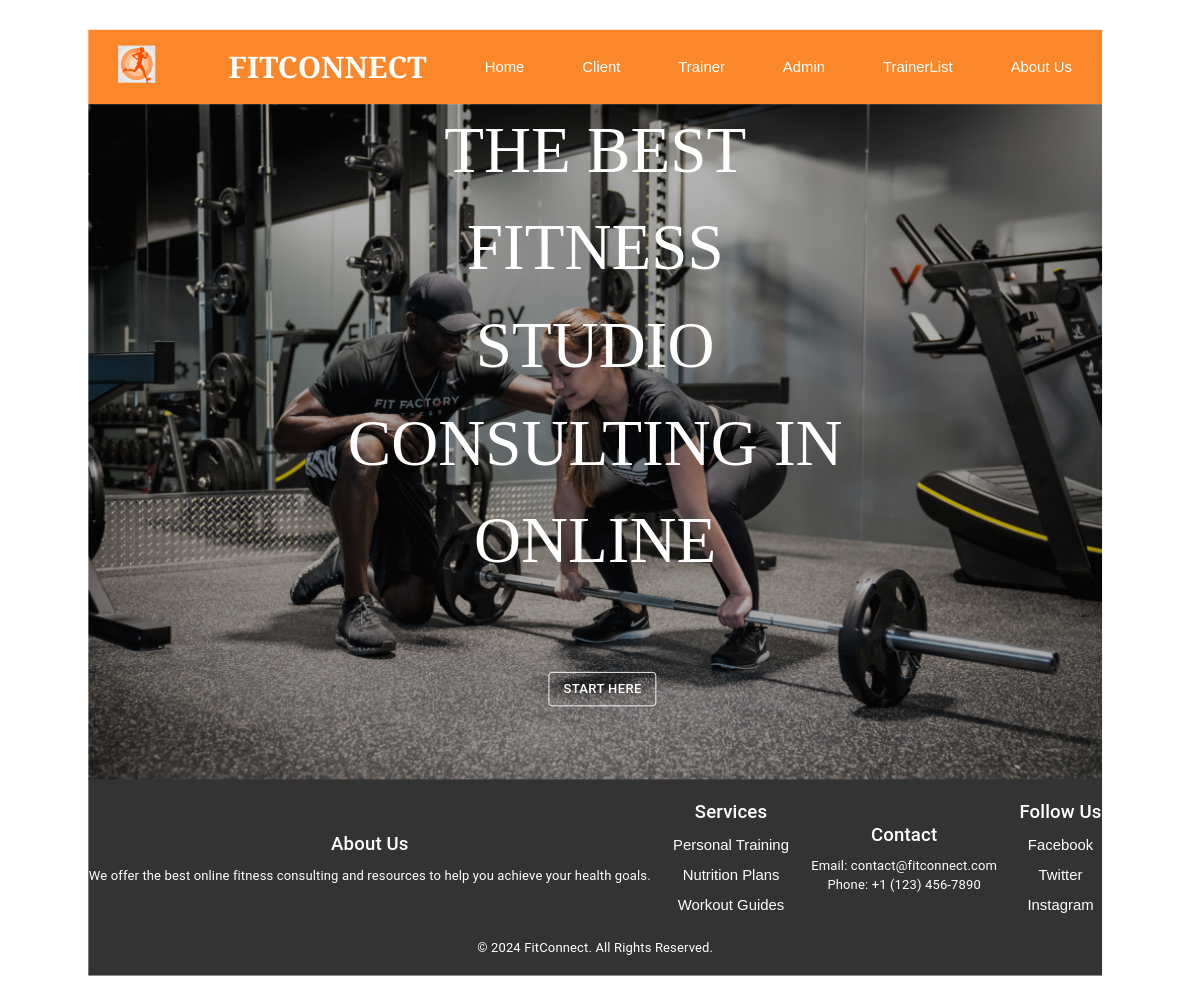
Repository: sarathraj2002/fitconnect
Page: / (app in Frontend/)
The author's editor kept a copy of each file at every save. The page is drawn from the files as they stood at one save, then again after the next save.
The browser window is 1280 px wide. The pictures show the whole page, at 93% of full size.
The project was rebuilt for these pictures with package versions that can differ from the ones it lists, and the page was loaded fresh each time. Also part of the build but not shown: Frontend/vite.config.js, Frontend/src/components/ClientPage.jsx, Frontend/src/components/TrainerPage.jsx, Frontend/src/components/AdminPage.css, Frontend/src/components/AdminPage.jsx, Frontend/src/components/TrainerListPage.jsx, Frontend/src/components/AboutUs.jsx, Frontend/src/components/ClientRegister.css and 5 more.

Above is the page before, as saved 2024-11-12 17:33:29.

### Frontend/index.html
<!doctype html>
<html lang="en">
  <head>
    <meta charset="UTF-8" />
    <link rel="icon" type="image/svg+xml" href="/vite.svg" />
    <meta name="viewport" content="width=device-width, initial-scale=1.0" />
    <title>FitConnect</title>
  </head>
  <body>
    <div id="root"></div>
    <script type="module" src="/src/main.jsx"></script>
  </body>
</html>

### Frontend/src/App.jsx
import React from 'react';
import { useState } from 'react'
import './App.css'
import { Route, Routes } from 'react-router-dom';
import NavBar from './components/NavBar';
import ClientPage from './components/ClientPage.jsx';
import TrainerPage from './components/TrainerPage';
import AdminPage from './components/AdminPage';
import TrainerListPage from './components/TrainerListPage';
import AboutUs from './components/AboutUs.jsx';
import Home from './components/Home.jsx';
import ClientRegister from './components/ClientRegister.jsx';
import Blog from './components/Blog.jsx';
import TrainerRegister from './components/TrainerRegister.jsx';
import TrainerProfile from './components/TrainerProfile.jsx';

function App() {
  const [count, setCount] = useState(0)

  return (
    <>


      <NavBar />
      <Routes>
        <Route path="/" element={<Home />}></Route>
        <Route path="/client" element={<ClientPage />}></Route>
        <Route path="/trainer" element={<TrainerPage />} ></Route>
        <Route path="/admin" element={<AdminPage />}></Route>
        <Route path="/trainerlist" element={<TrainerListPage />}></Route>
        <Route path="/about" element={<AboutUs />}></Route>
        <Route path="/register" element={<ClientRegister />}></Route>
        <Route path="/trainerregister" element={<TrainerRegister />}></Route>
        <Route path="/blog" element={<Blog/>}></Route>
        <Route path="/profile" element={<TrainerProfile />}></Route>

      </Routes>



    </>
  )
}

export default App

### Frontend/src/components/Navbar.jsx
import React from 'react';
import { Link } from 'react-router-dom';
import './navbar.css';
import { assets } from '../assets/assets';
const Navbar = () => {
  return (
     <nav className="navbar">
    {/* Logo */}
    <div className="navbar-logo">
      <img src={assets.logo} alt="Logo" />
    </div>
    <div className='head'>
     <b> FITCONNECT</b>
    </div>


        <Link to="/" style={{textDecoration:'none',color:'white'}}>Home</Link>
        <Link to="/client" style={{textDecoration:'none',color:'white'}}>Client</Link>
        <Link to="/trainer" style={{textDecoration:'none',color:'white'}}>Trainer</Link>
        <Link to="/admin" style={{textDecoration:'none',color:'white'}}>Admin</Link>
        <Link to="/trainerlist" style={{textDecoration:'none',color:'white'}}>TrainerList</Link>
        <Link to="/about" style={{textDecoration:'none',color:'white'}}>About Us</Link>

    </nav>
  );
};

export default Navbar;

### Frontend/src/components/Home.jsx
import React from 'react'
import { assets } from '../assets/assets'
import Button from '@mui/material/Button';
import { Stack } from '@mui/material';
import { Link, useNavigate } from 'react-router-dom';
import Footer from './Footer';

const Home = () => {

  const navigate=useNavigate()

  return (

    <>

    <div className='img' style={{ position: 'relative', textAlign: 'center' }}>

    <img
      style={{  width: '100%',filter: 'brightness(70%)' }}
      src={assets.head1}
      alt=""
    />
    <p
      style={{
        position: 'absolute',
        top: '50%',
        left: '50%',
        transform: 'translate(-50%, -50%)',
        color: 'white',
        fontSize: '70px',

        fontFamily:'fantasy'
      }}
    >
      THE BEST FITNESS STUDIO CONSULTING IN ONLINE
      <Stack spacing={2} direction="row" alignItems="center"
      justifyContent="center"
      style={{ height: '30vh' }} >

      <Link to="/blog" style={{ textDecoration: 'none' }}></Link>
      <Button onClick={()=>navigate('/blog')} variant="outlined" sx={{ color: 'white', borderColor: 'white' }}>START HERE</Button>
    </Stack>

    </p>




    </div>
    <Footer />
    </>
  )
}

export default Home;

### Frontend/src/components/Navbar.css
* {
  margin: 0;
  padding: 0;
  box-sizing: border-box;
}

body {
  font-family: Arial, sans-serif;
}

.navbar {
  display: flex;
  align-items: center;
  justify-content: space-between;
  background-color: #fa8729;
  padding: 1rem 2rem;
  color: white;
  width: 100%;
}

.navbar-logo img {
  height: 40px;
  width: auto;
}

.head {
  font-size: xx-large;
  font-family: Georgia, 'Times New Roman', Times, serif;
  color: white;
  margin-left: 1rem;
}

.navbar-links {
  display: flex;
  gap: 1.5rem;
  list-style: none;
  margin-left: auto; /* Align links to the right */
}

.navbar-links a {
  text-decoration: none;
  color: white;
  font-size: 1rem;
  transition: color 0.3s ease;
}

.navbar-links a:hover {
  color: #ec7819;
}

.navbar-toggle {
  display: none;
  font-size: 1.5rem;
  color: white;
  cursor: pointer;
}

/* Mobile view adjustments */
@media (max-width: 768px) {
  .navbar {
      flex-direction: column;
      align-items: flex-start;
  }

  .navbar-links {
      display: none;
      flex-direction: column;
      width: 100%;
      background-color: #fa8729;
      position: absolute;
      top: 100%;
      left: 0;
      padding: 1rem 2rem;
      border-radius: 0;
  }

  .navbar-links.open {
      display: flex;
  }

  .navbar-toggle {
      display: block;
  }

  .head {
      margin-left: 0;
      margin-bottom: 1rem;
  }
}

### Frontend/src/assets/assets.js
import logo from './logo.png';
import head1 from './head1.png'

export const assets={
    logo,
    head1
};

### Frontend/src/components/Footer.jsx

import React from 'react';
import { Box, Typography, Link, Stack } from '@mui/material';

const Footer = () => {
  return (
    <Box
      component="footer"
      sx={{
        backgroundColor: '#333',
        color: 'white',
        padding: '20px 0',
        textAlign: 'center',
        mt: -1
      }}
    >
      <Stack
        direction={{ xs: 'column' ,sm:'row' }}
        spacing={3}
        justifyContent="center"
        alignItems="center"
      >

        <Box>
          <Typography variant="h6">About Us</Typography>
          <Typography variant="body2" sx={{ mt: 1 }}>
            We offer the best online fitness consulting and resources to help you achieve your health goals.
          </Typography>
        </Box>


        <Box>
          <Typography variant="h6">Services</Typography>
          <Link href="/services" color="inherit" underline="none" sx={{ display: 'block', mt: 1 }}>
            Personal Training
          </Link>
          <Link href="/services" color="inherit" underline="none" sx={{ display: 'block', mt: 1 }}>
            Nutrition Plans
          </Link>
          <Link href="/services" color="inherit" underline="none" sx={{ display: 'block', mt: 1 }}>
            Workout Guides
          </Link>
        </Box>


        <Box>
          <Typography variant="h6">Contact</Typography>
          <Typography variant="body2" sx={{ mt: 1 }}>Email: contact@fitconnect.com</Typography>
          <Typography variant="body2">Phone: +1 (123) 456-7890</Typography>
        </Box>


        <Box>
          <Typography variant="h6">Follow Us</Typography>
          <Link href="https://facebook.com" color="inherit" underline="none" sx={{ display: 'block', mt: 1 }}>
            Facebook
          </Link>
          <Link href="https://twitter.com" color="inherit" underline="none" sx={{ display: 'block', mt: 1 }}>
            Twitter
          </Link>
          <Link href="https://instagram.com" color="inherit" underline="none" sx={{ display: 'block', mt: 1 }}>
            Instagram
          </Link>
        </Box>
      </Stack>


      <Typography variant="body2" sx={{ mt: 3 }}>
        &copy; {new Date().getFullYear()} FitConnect. All Rights Reserved.
      </Typography>
    </Box>
  );
};

export default Footer;

Loaded but not shown: Frontend/src/main.jsx (common file); Frontend/src/index.css (common file); Frontend/src/App.css (common file)

After the next save:
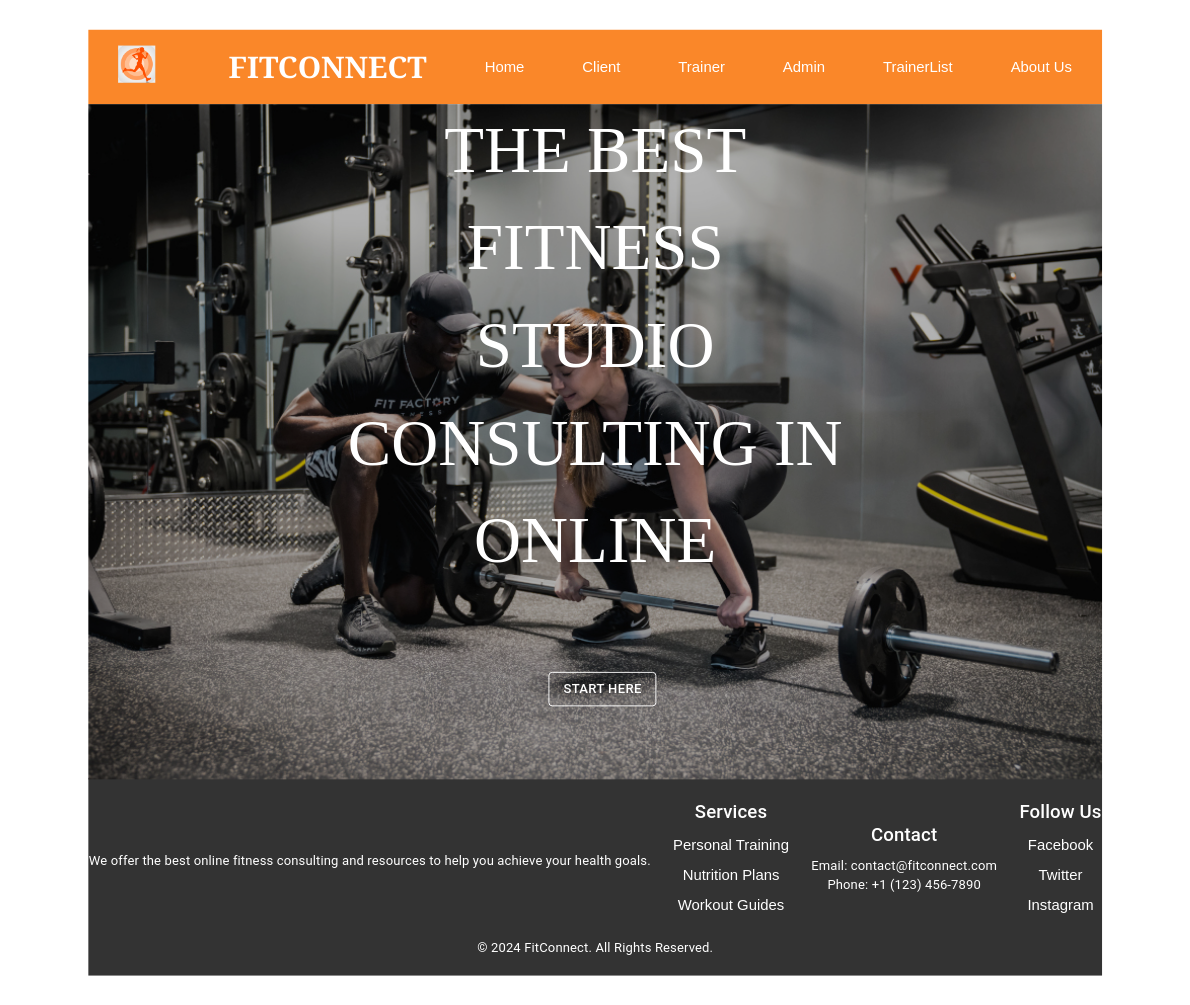
Saved 12 min 39 s later.
--- a/Frontend/src/components/Footer.jsx
+++ b/Frontend/src/components/Footer.jsx
@@ -22,7 +22,7 @@ const Footer = () => {
       >
 
         <Box>
-          <Typography variant="h6">About Us</Typography>
+          <Typography variant="h6"></Typography>
           <Typography variant="body2" sx={{ mt: 1 }}>
             We offer the best online fitness consulting and resources to help you achieve your health goals.
           </Typography>
